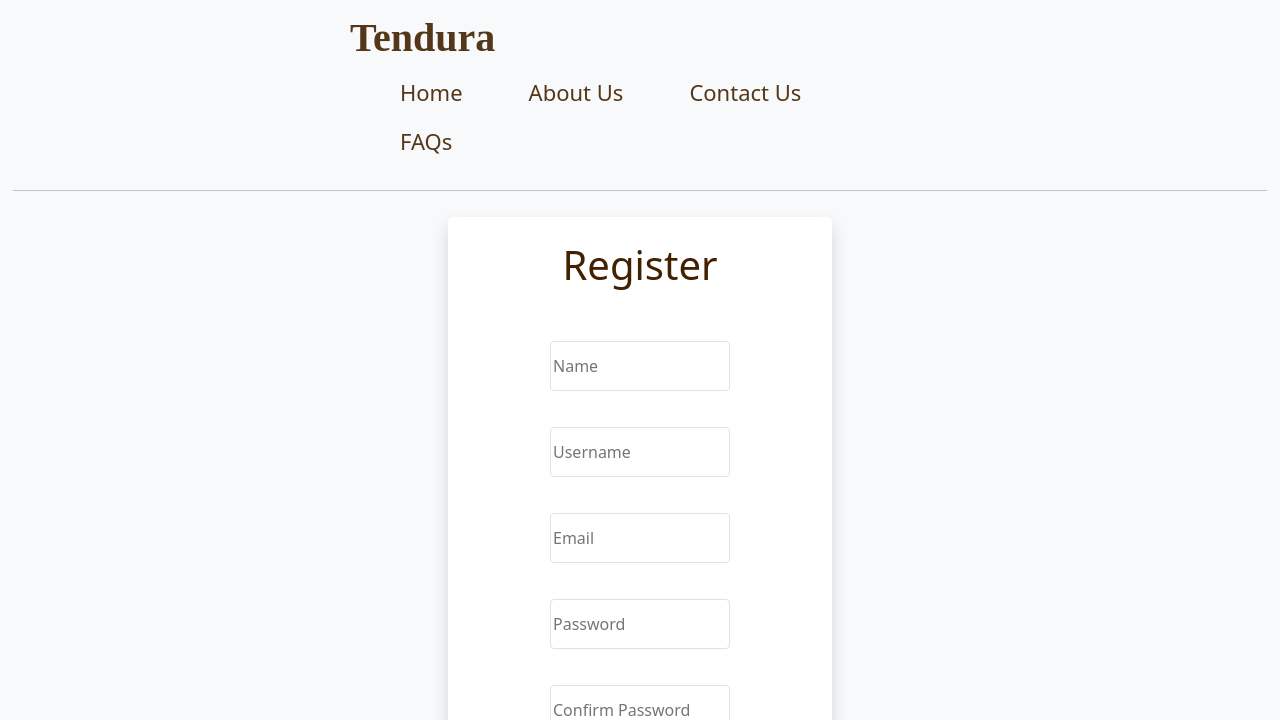
Repository: Starboy117/OOP-Project
Page: http://localhost/Online_Hotel_Reservation_System/Register.jsp
An editor plug-in stored every save of this project. The page is shown before and after the next save, followed by the edit.
The browser window is 1280 px wide. The pictures show the whole page.
An inner scrolling area shows only its first screen. The page is served by Tomcat 9.

Above is the page before, as saved 2025-05-05 12:53:30.

After the next save:
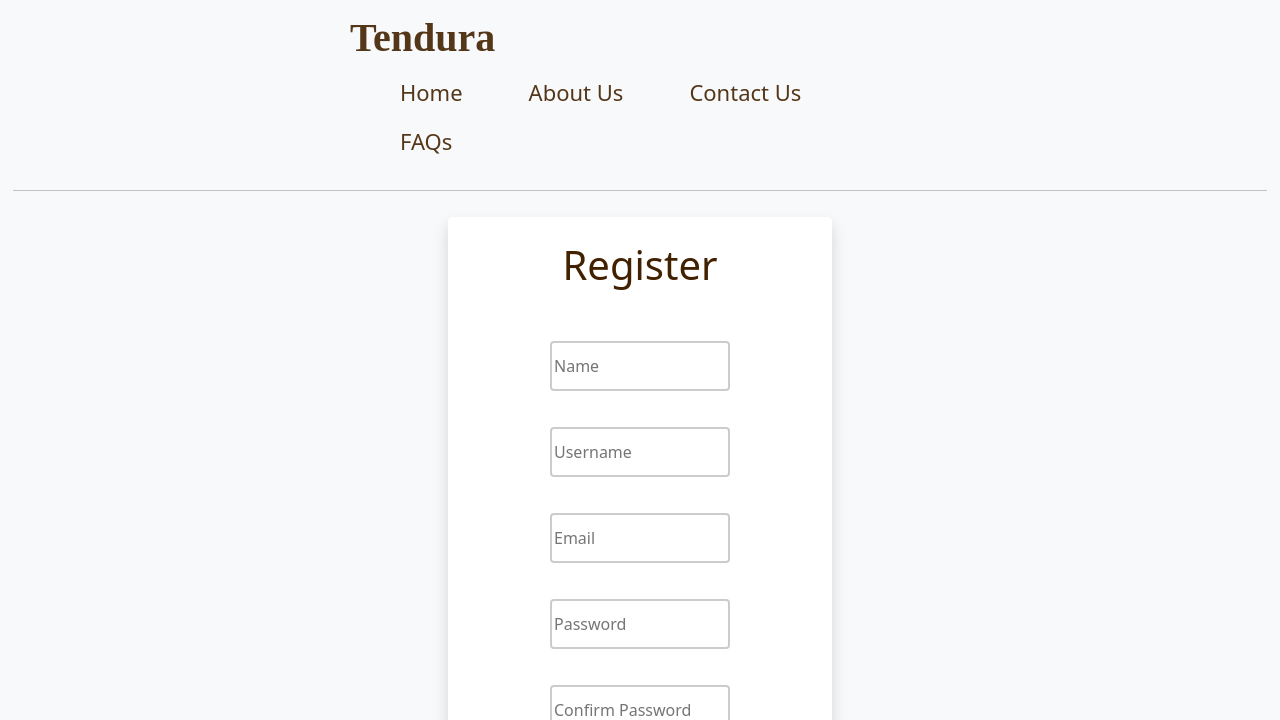
Saved 67 s later.
--- a/Online_Hotel_Reservation_System/src/main/webapp/Register.jsp
+++ b/Online_Hotel_Reservation_System/src/main/webapp/Register.jsp
@@ -48,15 +48,15 @@
 			  <p style="color:red;"><%= error %></p>
 			<% } %>
             <div>
-                <input class="input1 border rounded" type="text" placeholder="Name" name="name" id="name"><br>
+                <input class="input1  rounded" type="text" placeholder="Name" name="name" id="name"><br>
                 <p id="msg1" style="color:red;"></p>
-                <input class="input1 border rounded" type="text" placeholder="Username" name="uname" id="uname"><br>
+                <input class="input1  rounded" type="text" placeholder="Username" name="uname" id="uname"><br>
                 <p id="msg2" style="color:red;"></p>
-                <input class="input1 border rounded" type="email" placeholder="Email" name="email" id="email"><br>
+                <input class="input1  rounded" type="email" placeholder="Email" name="email" id="email"><br>
                 <p id="msg3" style="color:red;"></p>
-                <input class="input1 border rounded" type="text" placeholder="Password" name="password" id="password"><br>
+                <input class="input1  rounded" type="text" placeholder="Password" name="password" id="password"><br>
                 <p id="msg4" style="color:red;"></p>
-                <input class="input1 border rounded" type="password" placeholder="Confirm Password" name="cPassword" id="cPassword"><br>
+                <input class="input1  rounded" type="password" placeholder="Confirm Password" name="cPassword" id="cPassword"><br>
                 <p id="msg5" style="color:red;"></p>
                 <button  class="m-5 btn-brown btn-lg" type="submit" name="submit" id="submit">Register</button><br>
 
